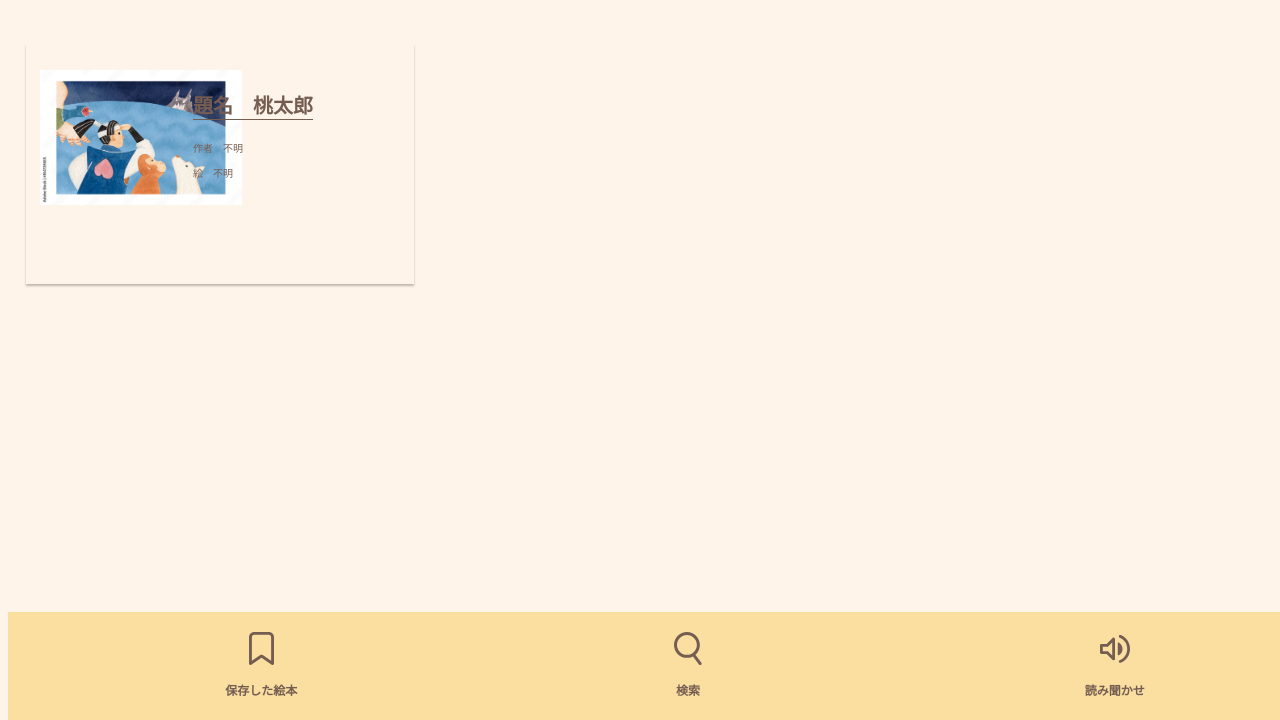
Repository: kmii12/2024-teampj
Page: /result/resultDetail/1
The author's editor kept a copy of each file at every save. The page is drawn from the files as they stood at one save, then again after the next save.
The browser window is 1280 px wide. The pictures show the whole page.
The project was rebuilt for these pictures with package versions that can differ from the ones it lists, and the page was loaded fresh each time. The framework's server and built-in components were replaced by stand-ins that run in the browser. Also part of the build but not shown: next.config.mjs.

Above is the page before, as saved 2024-10-29 23:27:25.

After the next save:
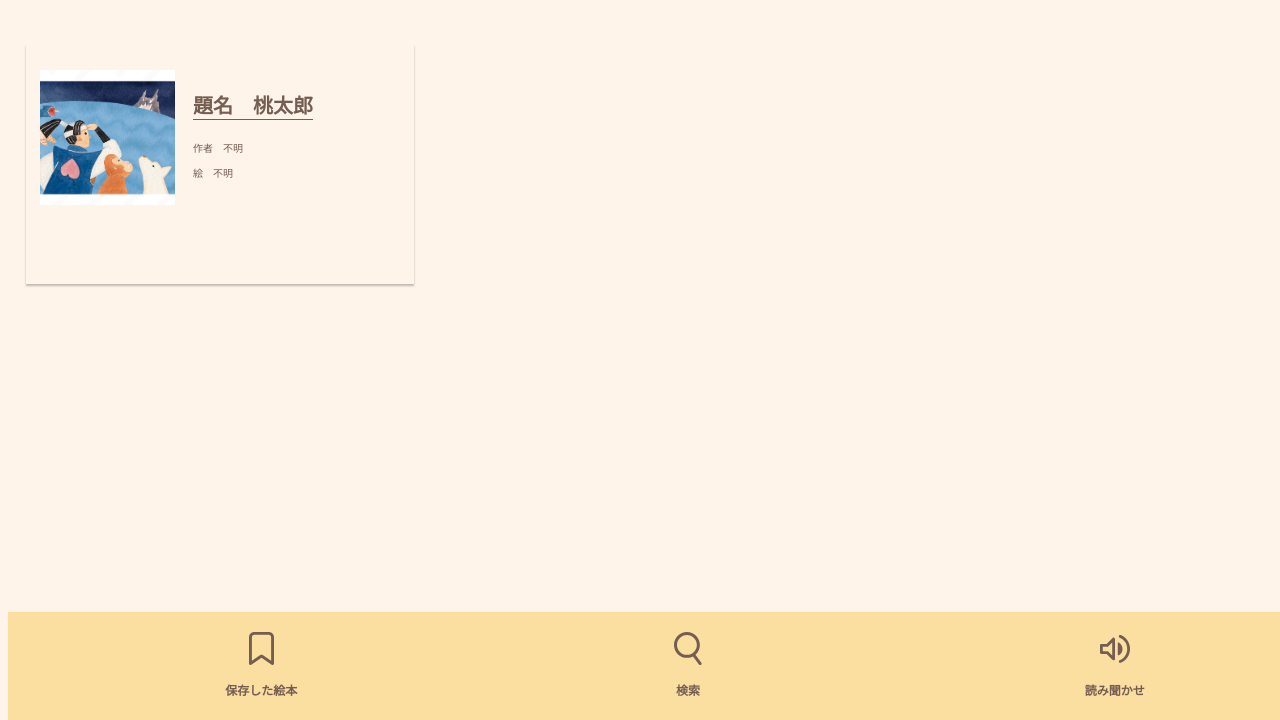
Saved 13 s later.
--- a/src/app/result/resultDetail/[id]/page.tsx
+++ b/src/app/result/resultDetail/[id]/page.tsx
@@ -134,7 +134,7 @@ const ResultDetail: React.FC = () => {
             <img
               src={resultDetails.image}
               alt={resultDetails.title}
-              className={styles.image}
+              className={detailStyles.image}
             />
           </div>
           <div className={styles.itemDescriptionWrap}>
